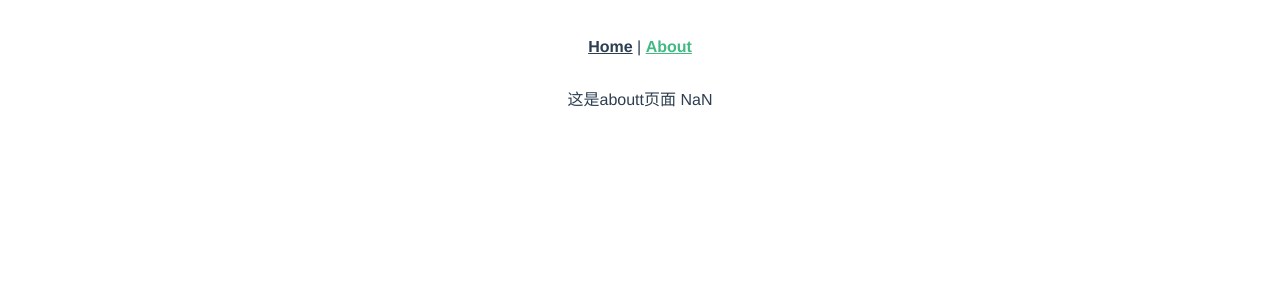
Repository: liuwanyi651/Ninth-vue3-ts
Page: /about
These files come from the project's save history. The page is drawn as it stood at one moment and after the next save; the edit follows.
The browser window is 1280 px wide. The pictures show the whole page.
The project was rebuilt for these pictures with package versions that can differ from the ones it lists, and the page was loaded fresh each time. Also part of the build but not shown: vue.config.js, src/views/Home.vue.

Above is the page before, as saved 2021-02-02 09:45:32.

### src/router/index.ts
import { createRouter, createWebHistory,createWebHashHistory,RouteRecordRaw } from 'vue-router'
import Home from '../views/Home.vue'

const routes: Array<RouteRecordRaw> = [
  {
    path: '/',
    name: 'Home',
    component: Home
  },
  {
    path: '/about',
    name: 'About',
    // route level code-splitting
    // this generates a separate chunk (about.[hash].js) for this route
    // which is lazy-loaded when the route is visited.
    component: () => import(/* webpackChunkName: "about" */ '../views/About.vue')
  }
]

const router = createRouter({
  // history  等同于之前的mode 路由模式
  // createWebHistory:history模式路由
  // createWebHashHistory:hash模式路由 有#/
  history: createWebHistory(process.env.BASE_URL),
  routes
})

export default router

### src/views/About.vue
<template>
 <div>
    这是aboutt页面
    {{num}}
 </div>
</template>

<script lang="ts">
import {defineComponent,onMounted, ref} from 'vue'
import {useRoute, useRouter} from 'vue-router'
 export default defineComponent({
   name: 'about',
   props: {
   },
   components: {

   },
   setup() {
    let route =useRouter() //this.$router
    let num = ref<number>(0)
   onMounted(()=>{
     num.value =Number(route.query)
   })
   return {
     num
   }
   }
 })
</script>

<style scoped lang='scss'>

</style>

Loaded but not shown: public/index.html (common file); src/main.ts (common file); src/App.vue (common file); src/store/index.ts (common file)

After the next save:
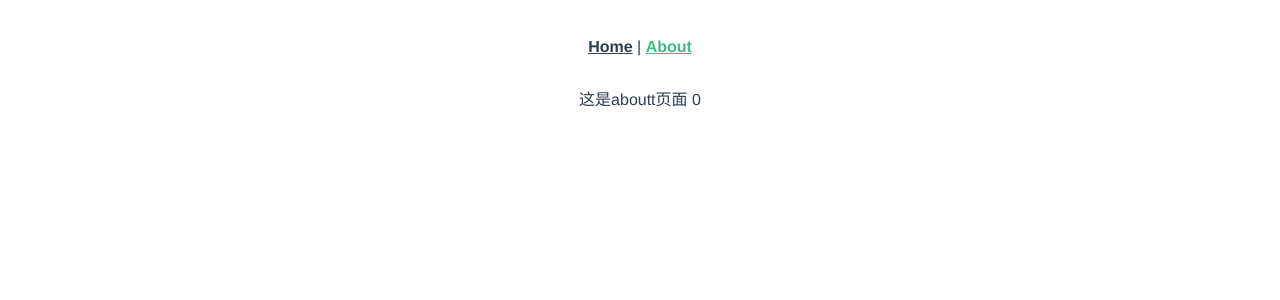
Console error: TypeError: Cannot read properties of undefined (reading 'num')
Saved 4 s later.
--- a/src/views/About.vue
+++ b/src/views/About.vue
@@ -19,7 +19,7 @@ import {useRoute, useRouter} from 'vue-router'
     let route =useRouter() //this.$router
     let num = ref<number>(0)
    onMounted(()=>{
-     num.value =Number(route.query)
+     num.value =Number(route.query.num)
    })
    return {
      num
